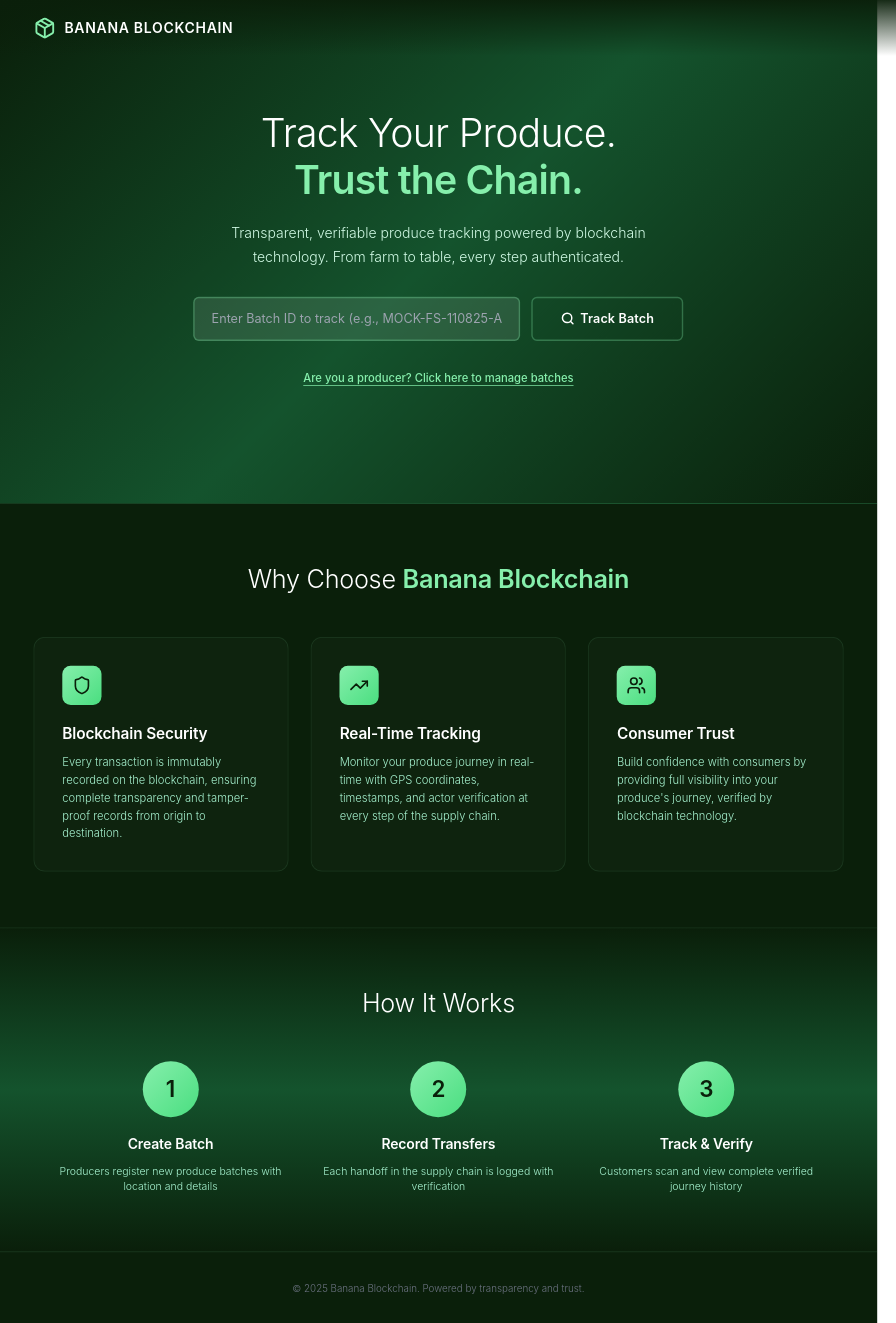
Repository: Ypout07/cornhacks
Page: / (app in frontend/)
The author's editor kept a copy of each file at every save. The page is drawn from the files as they stood at one save, then again after the next save.
The browser window is 1280 px wide. The pictures show the whole page, at 70% of full size.
The project was rebuilt for these pictures with package versions that can differ from the ones it lists, and the page was loaded fresh each time. Also part of the build but not shown: frontend/vite.config.js, frontend/src/pages/CustomerView.jsx, frontend/src/pages/ProducerPortal.jsx.

Above is the page before, as saved 2025-11-08 19:27:34.

### frontend/index.html
<!doctype html>
<html lang="en">
  <head>
    <link href="https://fonts.googleapis.com/css2?family=Playfair+Display:wght@500;700&display=swap" rel="stylesheet">
    <meta charset="UTF-8" />
    <link rel="icon" type="image/svg+xml" href="/vite.svg" />
    <meta name="viewport" content="width=device-width, initial-scale=1.0" />
    <title>frontend</title>
  </head>
  <body>
    <div id="root"></div>
    <script type="module" src="/src/main.jsx"></script>
  </body>
</html>

### frontend/src/main.jsx
import React from 'react';
import { createRoot } from 'react-dom/client';
import App from './App.jsx';
import './index.css';

const root = createRoot(document.getElementById('root'));
root.render(
  <React.StrictMode>
    <App />
  </React.StrictMode>
);

### frontend/src/App.jsx
// ============================================================================
// App.jsx
// ============================================================================
import React, { useState } from 'react';
import { CustomerView } from "./pages/CustomerView";
import { LogisticsPortal } from "./pages/LogisticsPortal";
import { ProducerPortal } from "./pages/ProducerPortal";

export default function App() {
  const [page, setPage] = useState('home');

  return (
    <>
      {page === 'home' && <LogisticsPortal setPage={setPage} />}
      {page === 'producer' && <ProducerPortal setPage={setPage} />}
      {page === 'customer' && <CustomerView setPage={setPage} />}
    </>
  );
}

### frontend/src/pages/LogisticsPortal.jsx
import { Package, Search, Shield, TrendingUp, Users } from 'lucide-react';
import React, { useState } from 'react';
import { addTransfer, createBatch, getBatchHistory, getBatchHistoryAudit } from '../apiService';

export function LogisticsPortal({ setPage }) {
  const [hoveredCard, setHoveredCard] = useState(null);
  const [batchUuid, setBatchUuid] = useState('');
  const [loading, setLoading] = useState(false);
  const [error, setError] = useState('');

  const handleSearch = async () => {
    if (!batchUuid.trim()) {
      setError('Please enter a batch UUID');
      return;
    }

    setLoading(true);
    setError('');

    try {
      const [historyData, auditData] = await Promise.all([
        getBatchHistory(batchUuid),
        getBatchHistoryAudit(batchUuid)
      ]);

      if (historyData && historyData.length > 0) {
        setPage('customer', { history: historyData, audit: auditData, batchUuid });
      } else {
        setError('No batch found with this UUID');
      }
    } catch (err) {
      setError('Failed to fetch batch data. Please try again.');
    } finally {
      setLoading(false);
    }
  };

  return (
    <div style={{ background: '#0a1f0a', minHeight: '100vh', color: 'white', fontFamily: "'Inter', -apple-system, BlinkMacSystemFont, 'Segoe UI', sans-serif" }}>
      {/* Header */}
      <header style={{
        position: 'absolute',
        top: 0,
        left: 0,
        right: 0,
        padding: '1.5rem 3rem',
        display: 'flex',
        justifyContent: 'space-between',
        alignItems: 'center',
        zIndex: 10,
        background: 'linear-gradient(180deg, rgba(10, 31, 10, 0.95) 0%, rgba(10, 31, 10, 0) 100%)'
      }}>
        <div style={{ display: 'flex', alignItems: 'center', gap: '0.75rem' }}>
          <Package size={32} color="#86efac" strokeWidth={2} />
          <span style={{ fontSize: '1.25rem', fontWeight: '600', color: 'white', letterSpacing: '0.05em' }}>BANANA BLOCKCHAIN</span>
        </div>
      </header>

      {/* Hero Section */}
      <section style={{
        position: 'relative',
        minHeight: '100vh',
        display: 'flex',
        alignItems: 'center',
        justifyContent: 'center',
        background: 'linear-gradient(135deg, #0a1f0a 0%, #14532d 50%, #0a1f0a 100%)',
        borderBottom: '1px solid rgba(134, 239, 172, 0.1)'
      }}>
        <div style={{
          position: 'absolute',
          inset: 0,
          backgroundImage: 'radial-gradient(circle at 2px 2px, rgba(134, 239, 172, 0.03) 1px, transparent 0)',
          backgroundSize: '48px 48px',
          opacity: 0.4
        }} />

        <div style={{
          position: 'relative',
          textAlign: 'center',
          padding: '2rem',
          maxWidth: '900px',
          zIndex: 1
        }}>
          <h1 style={{
            fontSize: '3.5rem',
            fontWeight: '300',
            marginBottom: '1.5rem',
            lineHeight: '1.2',
            letterSpacing: '-0.02em',
            color: 'white'
          }}>
            Track Your Produce.<br />
            <span style={{ fontWeight: '600', color: '#86efac' }}>Trust the Chain.</span>
          </h1>
          <p style={{
            fontSize: '1.25rem',
            color: '#d1fae5',
            marginBottom: '2.5rem',
            maxWidth: '700px',
            margin: '0 auto 2.5rem',
            lineHeight: '1.7',
            fontWeight: '300'
          }}>
            Transparent, verifiable produce tracking powered by blockchain technology. From farm to table, every step authenticated.
          </p>

          {/* Search Box */}
          <div style={{ maxWidth: '700px', margin: '0 auto' }}>
            <div style={{ display: 'flex', gap: '1rem', marginBottom: '1rem' }}>
              <input
                type="text"
                value={batchUuid}
                onChange={(e) => {
                  setBatchUuid(e.target.value);
                  setError('');
                }}
                onKeyPress={(e) => e.key === 'Enter' && handleSearch()}
                placeholder="Enter Batch ID to track (e.g., MOCK-FS-110825-A)"
                style={{
                  flex: 1,
                  padding: '1rem 1.5rem',
                  background: 'rgba(255, 255, 255, 0.1)',
                  border: '2px solid rgba(134, 239, 172, 0.3)',
                  borderRadius: '0.5rem',
                  color: 'white',
                  fontSize: '1.125rem',
                  outline: 'none',
                  transition: 'all 0.3s'
                }}
                onFocus={(e) => {
                  e.currentTarget.style.background = 'rgba(255, 255, 255, 0.15)';
                  e.currentTarget.style.borderColor = '#86efac';
                }}
                onBlur={(e) => {
                  e.currentTarget.style.background = 'rgba(255, 255, 255, 0.1)';
                  e.currentTarget.style.borderColor = 'rgba(134, 239, 172, 0.3)';
                }}
              />
              <button
                onClick={handleSearch}
                disabled={loading}
                style={{
                  padding: '1rem 2.5rem',
                  background: 'transparent',
                  color: 'white',
                  border: '2px solid rgba(134, 239, 172, 0.3)',
                  borderRadius: '0.5rem',
                  fontSize: '1.125rem',
                  fontWeight: '600',
                  cursor: loading ? 'not-allowed' : 'pointer',
                  display: 'flex',
                  alignItems: 'center',
                  gap: '0.5rem',
                  transition: 'all 0.3s',
                  letterSpacing: '0.01em',
                  opacity: loading ? 0.6 : 1
                }}
                onMouseEnter={(e) => {
                  if (!loading) {
                    e.currentTarget.style.borderColor = '#86efac';
                    e.currentTarget.style.background = 'rgba(134, 239, 172, 0.1)';
                    e.currentTarget.style.transform = 'translateY(-2px)';
                  }
                }}
                onMouseLeave={(e) => {
                  e.currentTarget.style.borderColor = 'rgba(134, 239, 172, 0.3)';
                  e.currentTarget.style.background = 'transparent';
                  e.currentTarget.style.transform = 'translateY(0)';
                }}
              >
                <Search size={20} strokeWidth={2.5} />
                {loading ? 'Searching...' : 'Track Batch'}
              </button>
            </div>

            {error && (
              <div style={{
                padding: '0.75rem 1rem',
                background: 'rgba(239, 68, 68, 0.1)',
                border: '1px solid rgba(239, 68, 68, 0.3)',
                borderRadius: '0.5rem',
                color: '#fca5a5',
                fontSize: '0.9375rem',
                textAlign: 'left'
              }}>
                {error}
              </div>
            )}

            {/* Producer Portal Link */}
            <div style={{ marginTop: '2rem' }}>
              <button
                onClick={() => setPage('producer')}
                style={{
                  background: 'none',
                  border: 'none',
                  color: '#86efac',
                  fontSize: '1rem',
                  fontWeight: '500',
                  cursor: 'pointer',
                  textDecoration: 'underline',
                  textUnderlineOffset: '4px',
                  transition: 'all 0.3s'
                }}
                onMouseEnter={(e) => {
                  e.currentTarget.style.color = '#d1fae5';
                }}
                onMouseLeave={(e) => {
                  e.currentTarget.style.color = '#86efac';
                }}
              >
                Are you a producer? Click here to manage batches
              </button>
            </div>
          </div>
        </div>
      </section>

      {/* Features Section */}
      <section style={{ padding: '5rem 3rem', background: '#0a1f0a' }}>
        <div style={{ maxWidth: '1200px', margin: '0 auto' }}>
          <h2 style={{
            fontSize: '2.25rem',
            fontWeight: '300',
            textAlign: 'center',
            marginBottom: '3.5rem',
            color: 'white',
            letterSpacing: '-0.01em'
          }}>
            Why Choose <span style={{ fontWeight: '600', color: '#86efac' }}>Banana Blockchain</span>
          </h2>

          <div style={{
            display: 'grid',
            gridTemplateColumns: 'repeat(auto-fit, minmax(320px, 1fr))',
            gap: '2rem'
          }}>
            <div
              onMouseEnter={() => setHoveredCard(1)}
              onMouseLeave={() => setHoveredCard(null)}
              style={{
                background: hoveredCard === 1 ? 'rgba(134, 239, 172, 0.05)' : 'rgba(255, 255, 255, 0.02)',
                padding: '2.5rem',
                borderRadius: '1rem',
                border: hoveredCard === 1 ? '1px solid #86efac' : '1px solid rgba(134, 239, 172, 0.1)',
                transition: 'all 0.4s ease',
                transform: hoveredCard === 1 ? 'translateY(-4px)' : 'translateY(0)',
                cursor: 'pointer'
              }}
            >
              <div style={{
                width: '56px',
                height: '56px',
                background: 'linear-gradient(135deg, #86efac 0%, #4ade80 100%)',
                borderRadius: '0.75rem',
                display: 'flex',
                alignItems: 'center',
                justifyContent: 'center',
                marginBottom: '1.5rem'
              }}>
                <Shield size={28} color="#0a1f0a" strokeWidth={2} />
              </div>
              <h3 style={{ fontSize: '1.375rem', fontWeight: '600', marginBottom: '0.75rem', color: 'white', letterSpacing: '-0.01em' }}>
                Blockchain Security
              </h3>
              <p style={{ fontSize: '1rem', color: '#a7f3d0', lineHeight: '1.6', fontWeight: '300' }}>
                Every transaction is immutably recorded on the blockchain, ensuring complete transparency and tamper-proof records from origin to destination.
              </p>
            </div>

            <div
              onMouseEnter={() => setHoveredCard(2)}
              onMouseLeave={() => setHoveredCard(null)}
              style={{
                background: hoveredCard === 2 ? 'rgba(134, 239, 172, 0.05)' : 'rgba(255, 255, 255, 0.02)',
                padding: '2.5rem',
                borderRadius: '1rem',
                border: hoveredCard === 2 ? '1px solid #86efac' : '1px solid rgba(134, 239, 172, 0.1)',
                transition: 'all 0.4s ease',
                transform: hoveredCard === 2 ? 'translateY(-4px)' : 'translateY(0)',
                cursor: 'pointer'
              }}
            >
              <div style={{
                width: '56px',
                height: '56px',
                background: 'linear-gradient(135deg, #86efac 0%, #4ade80 100%)',
                borderRadius: '0.75rem',
                display: 'flex',
                alignItems: 'center',
                justifyContent: 'center',
                marginBottom: '1.5rem'
              }}>
                <TrendingUp size={28} color="#0a1f0a" strokeWidth={2} />
              </div>
              <h3 style={{ fontSize: '1.375rem', fontWeight: '600', marginBottom: '0.75rem', color: 'white', letterSpacing: '-0.01em' }}>
                Real-Time Tracking
              </h3>
              <p style={{ fontSize: '1rem', color: '#a7f3d0', lineHeight: '1.6', fontWeight: '300' }}>
                Monitor your produce journey in real-time with GPS coordinates, timestamps, and actor verification at every step of the supply chain.
              </p>
            </div>

            <div
              onMouseEnter={() => setHoveredCard(3)}
              onMouseLeave={() => setHoveredCard(null)}
              style={{
                background: hoveredCard === 3 ? 'rgba(134, 239, 172, 0.05)' : 'rgba(255, 255, 255, 0.02)',
                padding: '2.5rem',
                borderRadius: '1rem',
                border: hoveredCard === 3 ? '1px solid #86efac' : '1px solid rgba(134, 239, 172, 0.1)',
                transition: 'all 0.4s ease',
                transform: hoveredCard === 3 ? 'translateY(-4px)' : 'translateY(0)',
                cursor: 'pointer'
              }}
            >
              <div style={{
                width: '56px',
                height: '56px',
                background: 'linear-gradient(135deg, #86efac 0%, #4ade80 100%)',
                borderRadius: '0.75rem',
                display: 'flex',
                alignItems: 'center',
                justifyContent: 'center',
                marginBottom: '1.5rem'
              }}>
                <Users size={28} color="#0a1f0a" strokeWidth={2} />
              </div>
              <h3 style={{ fontSize: '1.375rem', fontWeight: '600', marginBottom: '0.75rem', color: 'white', letterSpacing: '-0.01em' }}>
                Consumer Trust
              </h3>
              <p style={{ fontSize: '1rem', color: '#a7f3d0', lineHeight: '1.6', fontWeight: '300' }}>
                Build confidence with consumers by providing full visibility into your produce's journey, verified by blockchain technology.
              </p>
            </div>
          </div>
        </div>
      </section>

      {/* How It Works Section */}
      <section style={{
        padding: '5rem 3rem',
        background: 'linear-gradient(180deg, #0a1f0a 0%, #14532d 50%, #0a1f0a 100%)',
        borderTop: '1px solid rgba(134, 239, 172, 0.1)',
        borderBottom: '1px solid rgba(134, 239, 172, 0.1)'
      }}>
        <div style={{ maxWidth: '1100px', margin: '0 auto' }}>
          <h2 style={{
            fontSize: '2.25rem',
            fontWeight: '300',
            textAlign: 'center',
            marginBottom: '3.5rem',
            color: 'white',
            letterSpacing: '-0.01em'
          }}>
            How It Works
          </h2>

          <div style={{ display: 'grid', gridTemplateColumns: 'repeat(auto-fit, minmax(240px, 1fr))', gap: '3rem', textAlign: 'center' }}>
            <div>
              <div style={{
                width: '80px',
                height: '80px',
                background: 'linear-gradient(135deg, #86efac 0%, #4ade80 100%)',
                borderRadius: '50%',
                display: 'flex',
                alignItems: 'center',
                justifyContent: 'center',
                margin: '0 auto 1.5rem',
                fontSize: '2rem',
                fontWeight: '600',
                color: '#0a1f0a'
              }}>
                1
              </div>
              <h3 style={{ fontSize: '1.25rem', fontWeight: '600', marginBottom: '0.75rem', color: 'white', letterSpacing: '-0.01em' }}>Create Batch</h3>
              <p style={{ fontSize: '0.9375rem', color: '#a7f3d0', lineHeight: '1.5', fontWeight: '300' }}>
                Producers register new produce batches with location and details
              </p>
            </div>

            <div>
              <div style={{
                width: '80px',
                height: '80px',
                background: 'linear-gradient(135deg, #86efac 0%, #4ade80 100%)',
                borderRadius: '50%',
                display: 'flex',
                alignItems: 'center',
                justifyContent: 'center',
                margin: '0 auto 1.5rem',
                fontSize: '2rem',
                fontWeight: '600',
                color: '#0a1f0a'
              }}>
                2
              </div>
              <h3 style={{ fontSize: '1.25rem', fontWeight: '600', marginBottom: '0.75rem', color: 'white', letterSpacing: '-0.01em' }}>Record Transfers</h3>
              <p style={{ fontSize: '0.9375rem', color: '#a7f3d0', lineHeight: '1.5', fontWeight: '300' }}>
                Each handoff in the supply chain is logged with verification
              </p>
            </div>

            <div>
              <div style={{
                width: '80px',
                height: '80px',
                background: 'linear-gradient(135deg, #86efac 0%, #4ade80 100%)',
                borderRadius: '50%',
                display: 'flex',
                alignItems: 'center',
                justifyContent: 'center',
                margin: '0 auto 1.5rem',
                fontSize: '2rem',
                fontWeight: '600',
                color: '#0a1f0a'
              }}>
                3
              </div>
              <h3 style={{ fontSize: '1.25rem', fontWeight: '600', marginBottom: '0.75rem', color: 'white', letterSpacing: '-0.01em' }}>Track & Verify</h3>
              <p style={{ fontSize: '0.9375rem', color: '#a7f3d0', lineHeight: '1.5', fontWeight: '300' }}>
                Customers scan and view complete verified journey history
              </p>
            </div>
          </div>
        </div>
      </section>

      {/* Footer */}
      <footer style={{
        padding: '2.5rem',
        background: '#0a1f0a',
        textAlign: 'center',
        borderTop: '1px solid rgba(134, 239, 172, 0.1)'
      }}>
        <p style={{ color: '#6b7280', fontSize: '0.875rem', fontWeight: '300' }}>
          © 2025 Banana Blockchain. Powered by transparency and trust.
        </p>
      </footer>
    </div>
  );
}

Loaded but not shown: frontend/src/index.css (common file); frontend/tailwind.config.js (common file); frontend/src/apiService.js (64 lines, source omitted)

After the next save:
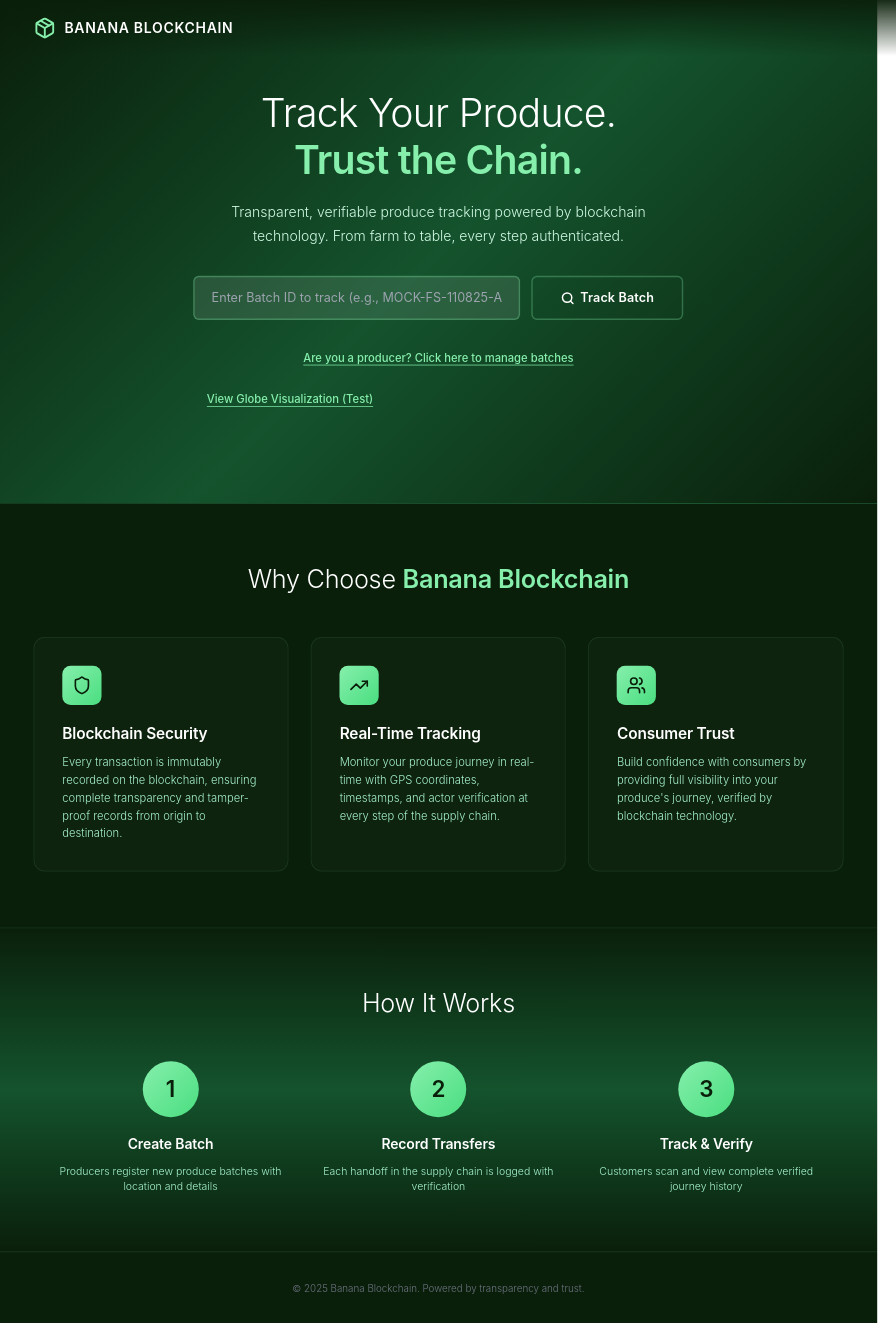
Saved 3 s later.
--- a/frontend/src/pages/LogisticsPortal.jsx
+++ b/frontend/src/pages/LogisticsPortal.jsx
@@ -1,6 +1,9 @@
+// ============================================================================
+// LogisticsPortal.jsx
+// ============================================================================
 import { Package, Search, Shield, TrendingUp, Users } from 'lucide-react';
 import React, { useState } from 'react';
-import { addTransfer, createBatch, getBatchHistory, getBatchHistoryAudit } from '../apiService';
+import { getBatchHistory, getBatchHistoryAudit } from '../apiService';
 
 export function LogisticsPortal({ setPage }) {
   const [hoveredCard, setHoveredCard] = useState(null);
@@ -188,33 +191,60 @@
             )}
 
             {/* Producer Portal Link */}
-            <div style={{ marginTop: '2rem' }}>
-              <button
-                onClick={() => setPage('producer')}
-                style={{
-                  background: 'none',
-                  border: 'none',
-                  color: '#86efac',
-                  fontSize: '1rem',
-                  fontWeight: '500',
-                  cursor: 'pointer',
-                  textDecoration: 'underline',
-                  textUnderlineOffset: '4px',
-                  transition: 'all 0.3s'
-                }}
-                onMouseEnter={(e) => {
-                  e.currentTarget.style.color = '#d1fae5';
-                }}
-                onMouseLeave={(e) => {
-                  e.currentTarget.style.color = '#86efac';
-                }}
-              >
-                Are you a producer? Click here to manage batches
-              </button>
-            </div>
+<div style={{ marginTop: '2rem' }}>
+  <button
+    onClick={() => setPage('producer')}
+    style={{
+      background: 'none',
+      border: 'none',
+      color: '#86efac',
+      fontSize: '1rem',
+      fontWeight: '500',
+      cursor: 'pointer',
+      textDecoration: 'underline',
+      textUnderlineOffset: '4px',
+      transition: 'all 0.3s'
+    }}
+    onMouseEnter={(e) => {
+      e.currentTarget.style.color = '#d1fae5';
+    }}
+    onMouseLeave={(e) => {
+      e.currentTarget.style.color = '#86efac';
+    }}
+  >
+    Are you a producer? Click here to manage batches
+  </button>
+
+  {/* Add this for testing globe */}
+  <button
+    onClick={() => setPage('globe')}
+    style={{
+      background: 'none',
+      border: 'none',
+      color: '#86efac',
+      fontSize: '1rem',
+      fontWeight: '500',
+      cursor: 'pointer',
+      textDecoration: 'underline',
+      textUnderlineOffset: '4px',
+      transition: 'all 0.3s',
+      display: 'block',
+      marginTop: '1rem'
+    }}
+    onMouseEnter={(e) => {
+      e.currentTarget.style.color = '#d1fae5';
+    }}
+    onMouseLeave={(e) => {
+      e.currentTarget.style.color = '#86efac';
+    }}
+  >
+    View Globe Visualization (Test)
+    </button>
+</div>
           </div>
         </div>
       </section>
+
 
       {/* Features Section */}
       <section style={{ padding: '5rem 3rem', background: '#0a1f0a' }}>
